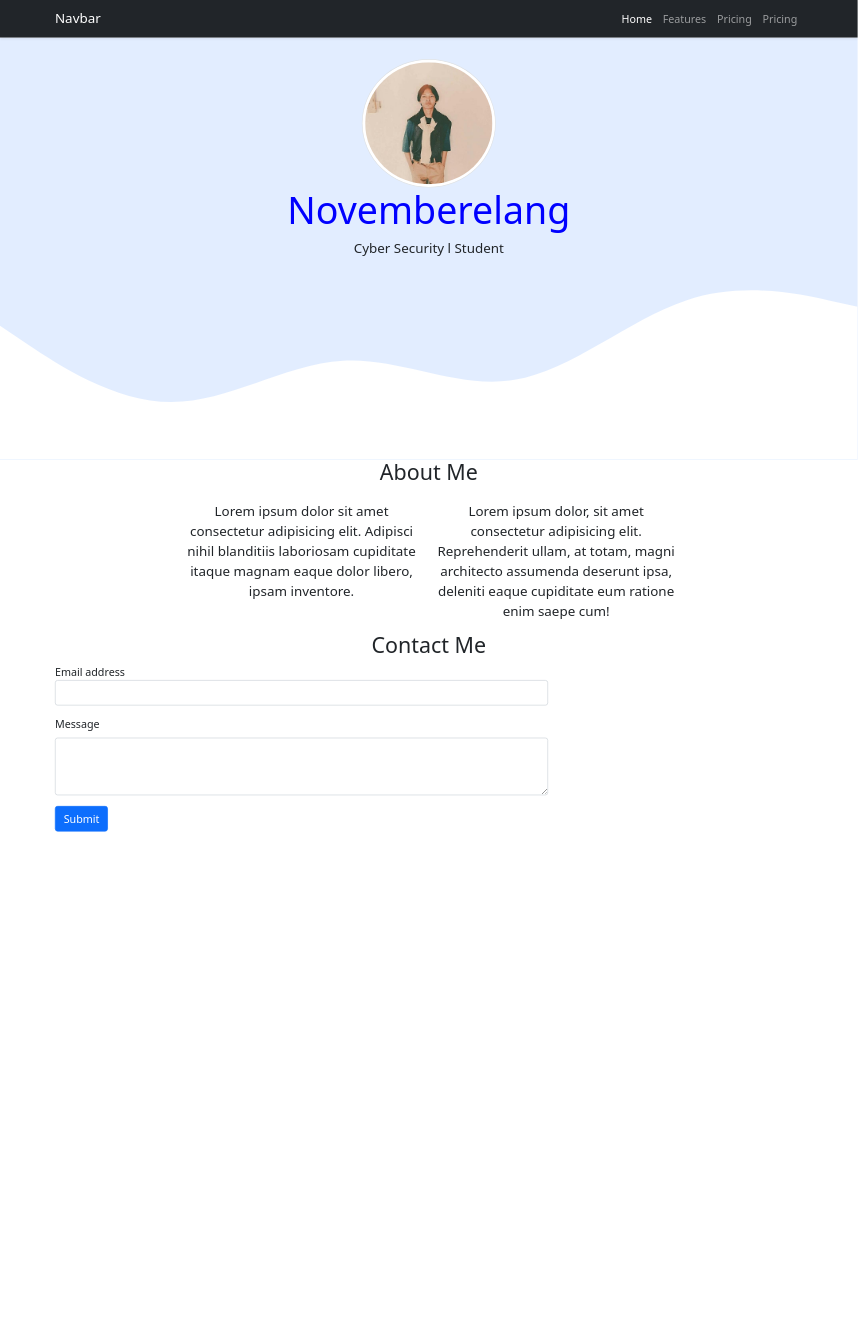
Repository: Novemberdad/gemilangtech.github.io
Page: index.html
The author's editor kept a copy of each file at every save. The page is drawn from the files as they stood at one save, then again after the next save.
The browser window is 1280 px wide. The pictures show the whole page, at 67% of full size.

Above is the page before, as saved 2021-07-21 00:22:51.

After the next save:
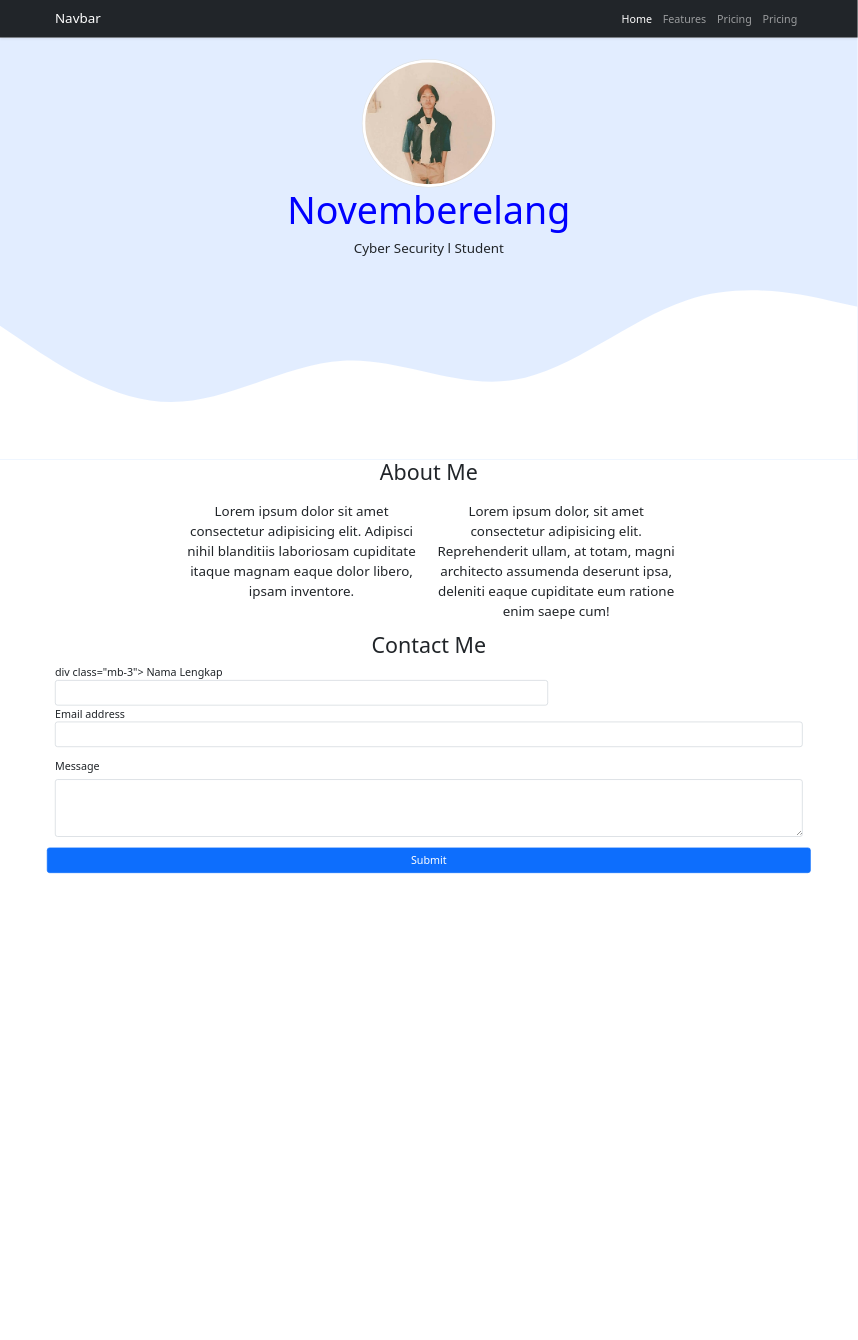
Saved 74 s later.
--- a/index.html
+++ b/index.html
@@ -94,18 +94,22 @@
             <div class="row">
                 <div class="col-md-8">
                     <form>
-                        <div class="mb-3">
-                            <label for="exampleInputEmail1">Email address</label>
-                            <input type="email" class="form-control" id="exampleInputEmail1" aria-describedby="emailHelp">
-                        </div>
-                        <div class="mb-3">
-                            <label for="exampleFormControlTextarea1" class="form-label">Message</label>
-                            <textarea class="form-control" id="exampleFormControlTextarea1" rows="3"></textarea>
-                        </div>
-                        <button type="submit" class="btn btn-primary">Submit</button>
-                    </form>
+                        div class="mb-3">
+                        <label for="exampleInputEmail1">Nama Lengkap</label>
+                        <input type="email" class="form-control" id="exampleInputEmail1" aria-describedby="NamaLengkap">
                 </div>
+                <div class="mb-3">
+                    <label for="exampleInputEmail1">Email address</label>
+                    <input type="email" class="form-control" id="exampleInputEmail1" aria-describedby="emailHelp">
+                </div>
+                <div class="mb-3">
+                    <label for="exampleFormControlTextarea1" class="form-label">Message</label>
+                    <textarea class="form-control" id="exampleFormControlTextarea1" rows="3"></textarea>
+                </div>
+                <button type="submit" class="btn btn-primary">Submit</button>
+                </form>
             </div>
+        </div>
         </div>
     </section>
     <!--akhir kontak-->
